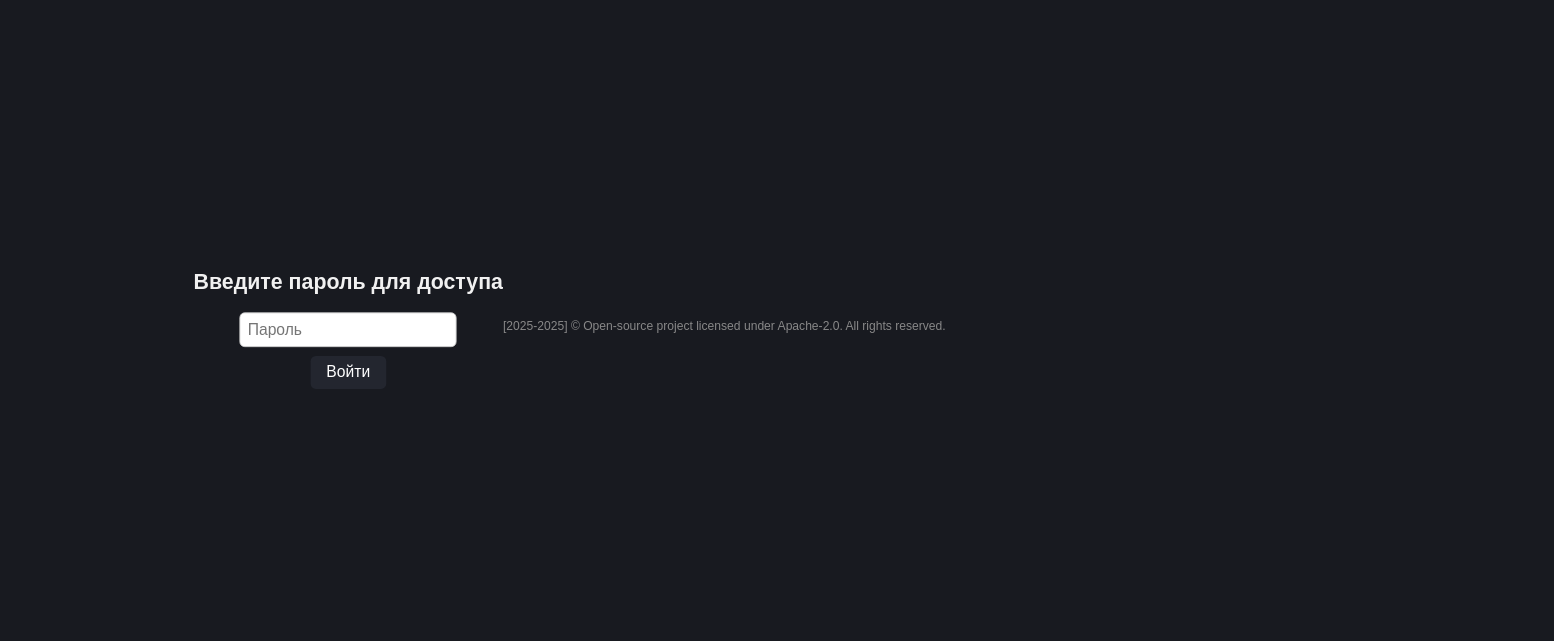
Repository: oncube-dev/OnCube-dev_website
Page: files_for_hosting/html_plus_js.version/index.html
These files come from the project's save history. The page is drawn as it stood at one moment and after the next save; the edit follows.
The browser window is 1280 px wide. The page is 1280 px wide, then 1746 px, then 1280 px, so the pictures cover 1746 px, including what lies to the right of the window. The pictures show the whole page, at 89% of full size.
The page's requests for data from a server got no answer.

Above is the page before, as saved 2025-07-28 14:27:10.

After the next save:
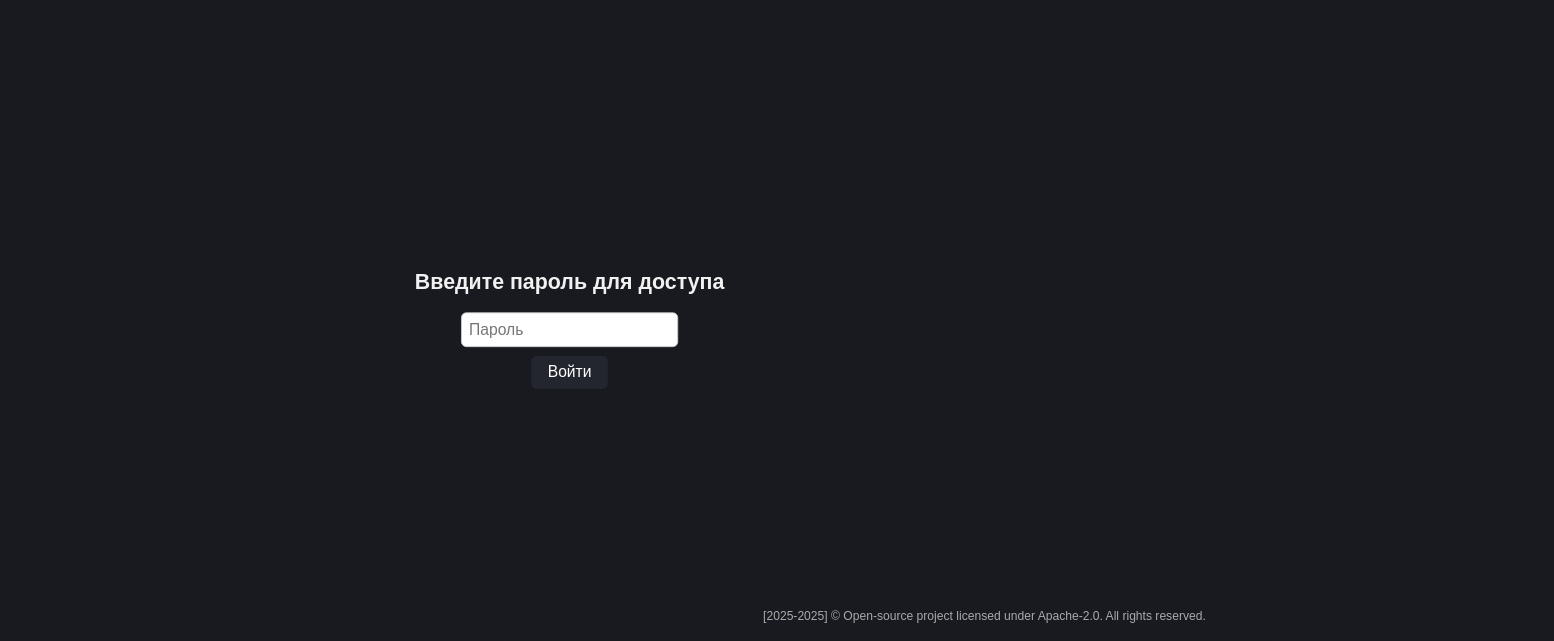
Saved 2 min 49 s later.
--- a/files_for_hosting/html_plus_js.version/index.html
+++ b/files_for_hosting/html_plus_js.version/index.html
@@ -9,11 +9,14 @@
     </style>
 </head>
 <body>
-    <div id="auth-container" style="display:flex; flex-direction:column; align-items:center; justify-content:center; min-height:100vh;">
+    <div id="auth-container" style="display:flex; flex-direction:column; align-items:center; justify-content:center; min-height:100vh; position:relative;">
         <h2>Введите пароль для доступа</h2>
         <input type="password" id="password-input" placeholder="Пароль" style="padding:8px; font-size:1.1em; margin-bottom:10px; border-radius:6px; border:1px solid #ccc;">
         <button id="login-btn" style="padding:8px 18px; font-size:1.1em; border-radius:6px; border:none; background:#23262f; color:#fff; cursor:pointer;">Войти</button>
         <div id="auth-error" style="color:#d32f2f; margin-top:10px; display:none;">Неверный пароль!</div>
+        <div class="footer-note" style="position:absolute; left:0; bottom:20px; width:100vw; text-align:center;">
+            [2025-2025] © Open-source project licensed under Apache-2.0. All rights reserved.
+        </div>
     </div>
     <div id="main-content" style="display:none;">
         <div class="timer-container">
@@ -23,11 +26,10 @@
         <button id="theme-toggle" class="theme-toggle-btn" title="Переключить тему">🌙</button>
         <footer class="footer-note">
             Все права на представленный контент принадлежат <a href="https://www.youtube.com/@PolimerS" target="_blank" style="text-decoration:underline;">PolimerS</a> & <a href="https://github.com/oncube-dev" target="_blank" style="text-decoration:underline;">Oncube</a> ⋅ Сайт сделал <a href="https://vobi.bio.link/" target="_blank" style="text-decoration:underline;">Vobi</a> с любовью 💚
-            </div>
-            <div style="font-size:0.85em; color:#888; margin-top:13px;">
-                [2025-2025] © Open-source project licensed under Apache-2.0. All rights reserved.
-            </div>
         </footer>
+        <div style="font-size:0.85em; color:#888; margin-top:13px; text-align:center;">
+            [2025-2025] © Open-source project licensed under Apache-2.0. All rights reserved.
+        </div>
     </div>
     <script>
         const API_KEY = 'AIzaSyD_5JR2KFtfjfmsiwnueCyyJkvWOh__aOI';

After the save that followed:
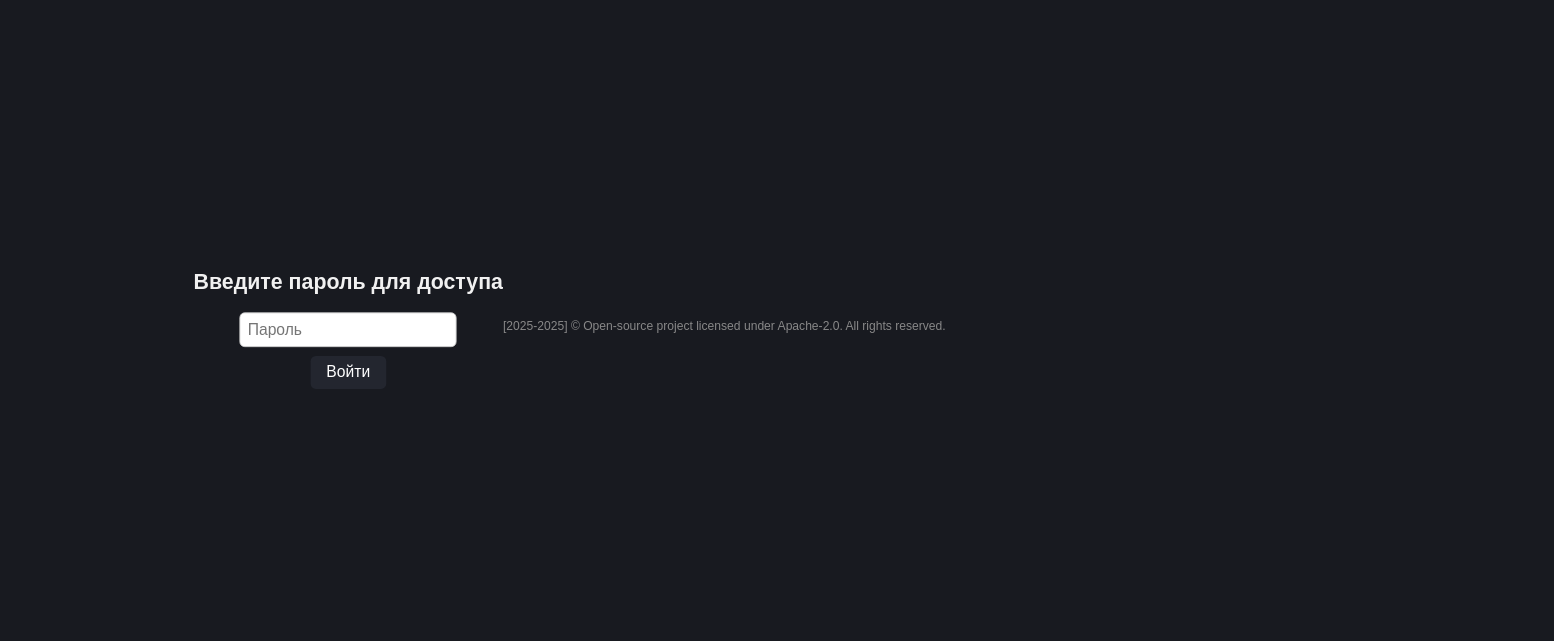
Saved 55 s later.
--- a/files_for_hosting/html_plus_js.version/index.html
+++ b/files_for_hosting/html_plus_js.version/index.html
@@ -9,14 +9,11 @@
     </style>
 </head>
 <body>
-    <div id="auth-container" style="display:flex; flex-direction:column; align-items:center; justify-content:center; min-height:100vh; position:relative;">
+    <div id="auth-container" style="display:flex; flex-direction:column; align-items:center; justify-content:center; min-height:100vh;">
         <h2>Введите пароль для доступа</h2>
         <input type="password" id="password-input" placeholder="Пароль" style="padding:8px; font-size:1.1em; margin-bottom:10px; border-radius:6px; border:1px solid #ccc;">
         <button id="login-btn" style="padding:8px 18px; font-size:1.1em; border-radius:6px; border:none; background:#23262f; color:#fff; cursor:pointer;">Войти</button>
         <div id="auth-error" style="color:#d32f2f; margin-top:10px; display:none;">Неверный пароль!</div>
-        <div class="footer-note" style="position:absolute; left:0; bottom:20px; width:100vw; text-align:center;">
-            [2025-2025] © Open-source project licensed under Apache-2.0. All rights reserved.
-        </div>
     </div>
     <div id="main-content" style="display:none;">
         <div class="timer-container">
@@ -26,10 +23,11 @@
         <button id="theme-toggle" class="theme-toggle-btn" title="Переключить тему">🌙</button>
         <footer class="footer-note">
             Все права на представленный контент принадлежат <a href="https://www.youtube.com/@PolimerS" target="_blank" style="text-decoration:underline;">PolimerS</a> & <a href="https://github.com/oncube-dev" target="_blank" style="text-decoration:underline;">Oncube</a> ⋅ Сайт сделал <a href="https://vobi.bio.link/" target="_blank" style="text-decoration:underline;">Vobi</a> с любовью 💚
+            </div>
+            <div style="font-size:0.85em; color:#888; margin-top:13px;">
+                [2025-2025] © Open-source project licensed under Apache-2.0. All rights reserved.
+            </div>
         </footer>
-        <div style="font-size:0.85em; color:#888; margin-top:13px; text-align:center;">
-            [2025-2025] © Open-source project licensed under Apache-2.0. All rights reserved.
-        </div>
     </div>
     <script>
         const API_KEY = 'AIzaSyD_5JR2KFtfjfmsiwnueCyyJkvWOh__aOI';
